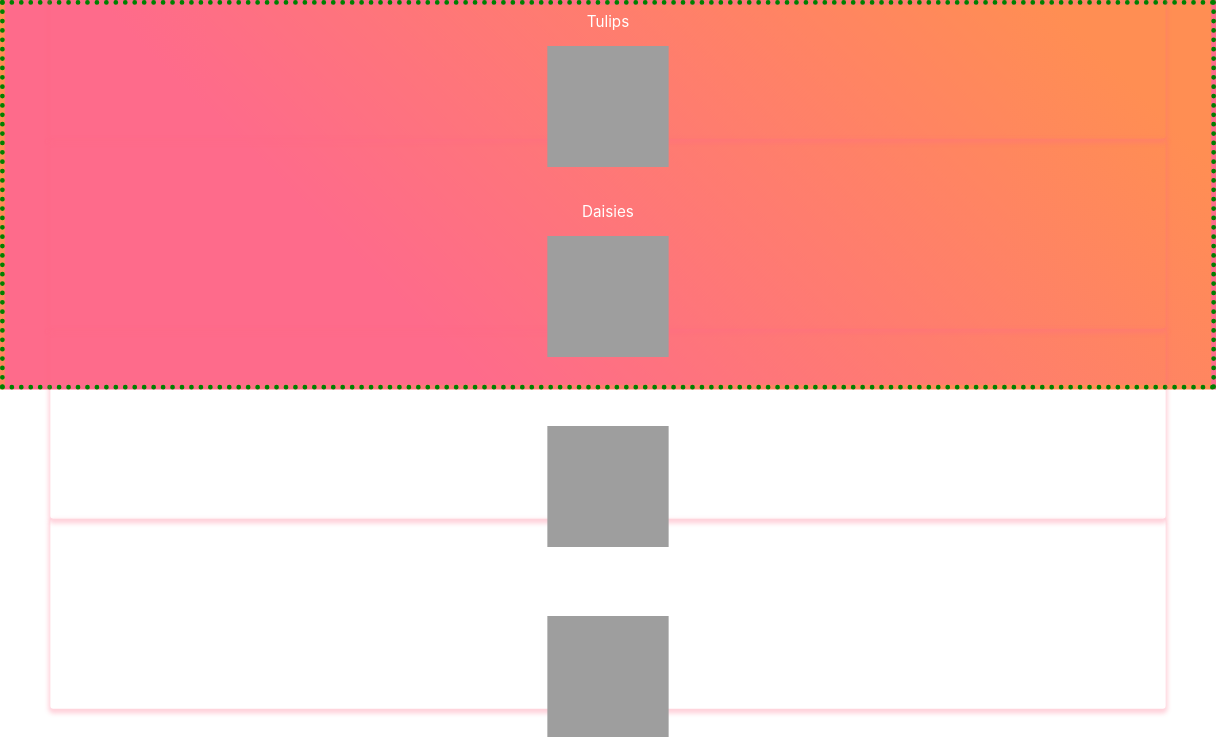
Repository: DevLuDaley/react-flower-shop
Page: /
The author's editor kept a copy of each file at every save. The page is drawn from the files as they stood at one save, then again after the next save.
The browser window is 1280 px wide. The pictures show the whole page, at 95% of full size.
Pictures or frames that could not be fetched are drawn as grey boxes. The project was rebuilt for these pictures with package versions that can differ from the ones it lists, and the page was loaded fresh each time. Also part of the build but not shown: src/Containers/FlowersContainer.js.

Above is the page before, as saved 2021-02-19 22:15:12.

After the next save:
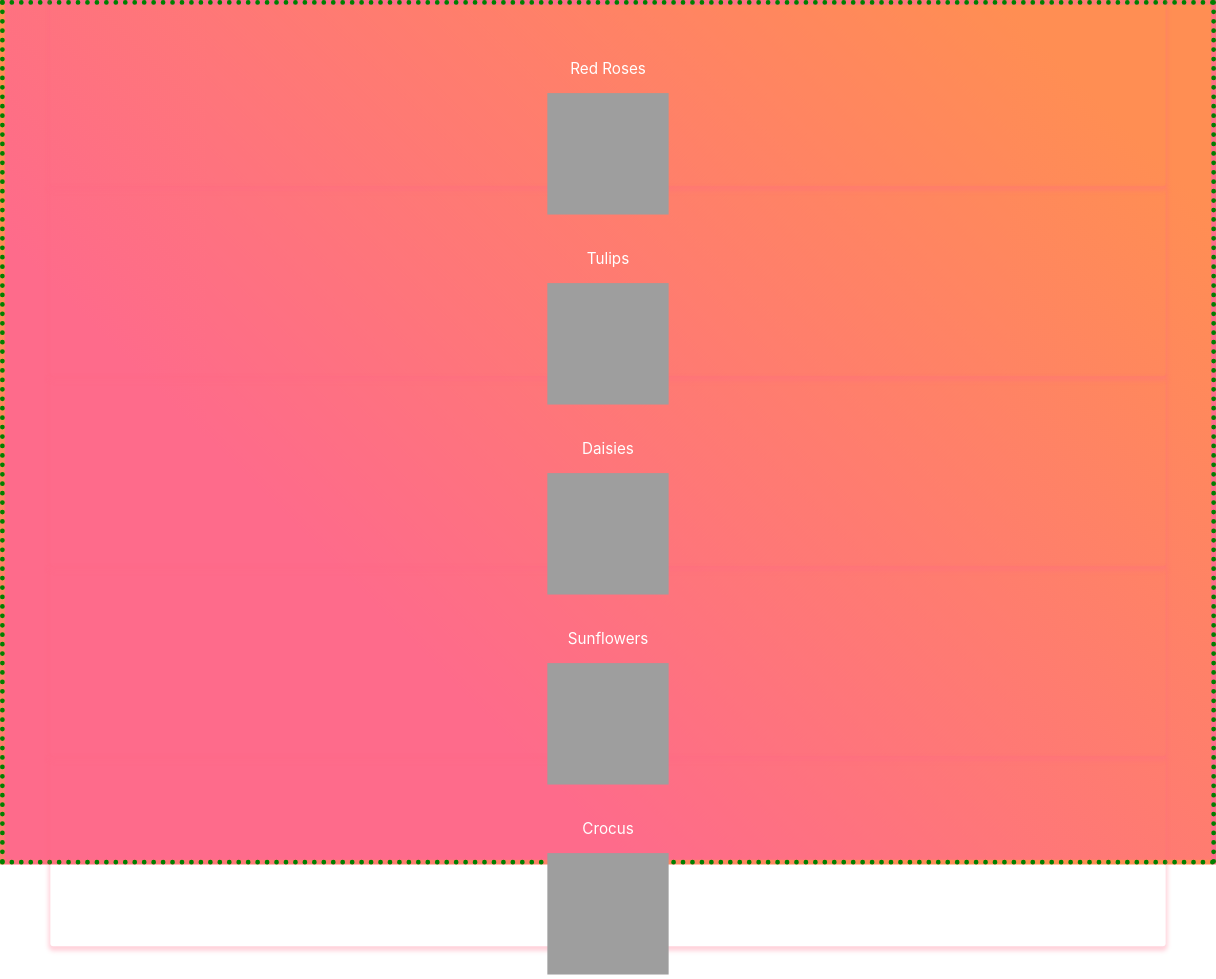
Saved 5 s later.
--- a/src/App.js
+++ b/src/App.js
@@ -16,7 +16,7 @@ const useStyles = makeStyles({
     justifyContent: 'center',
     alignItems: 'center',
     textAlign: 'center',
-    height: '400px',
+    height: '900px',
     border: '5px dotted green',
     // padding: '50px'
   },
